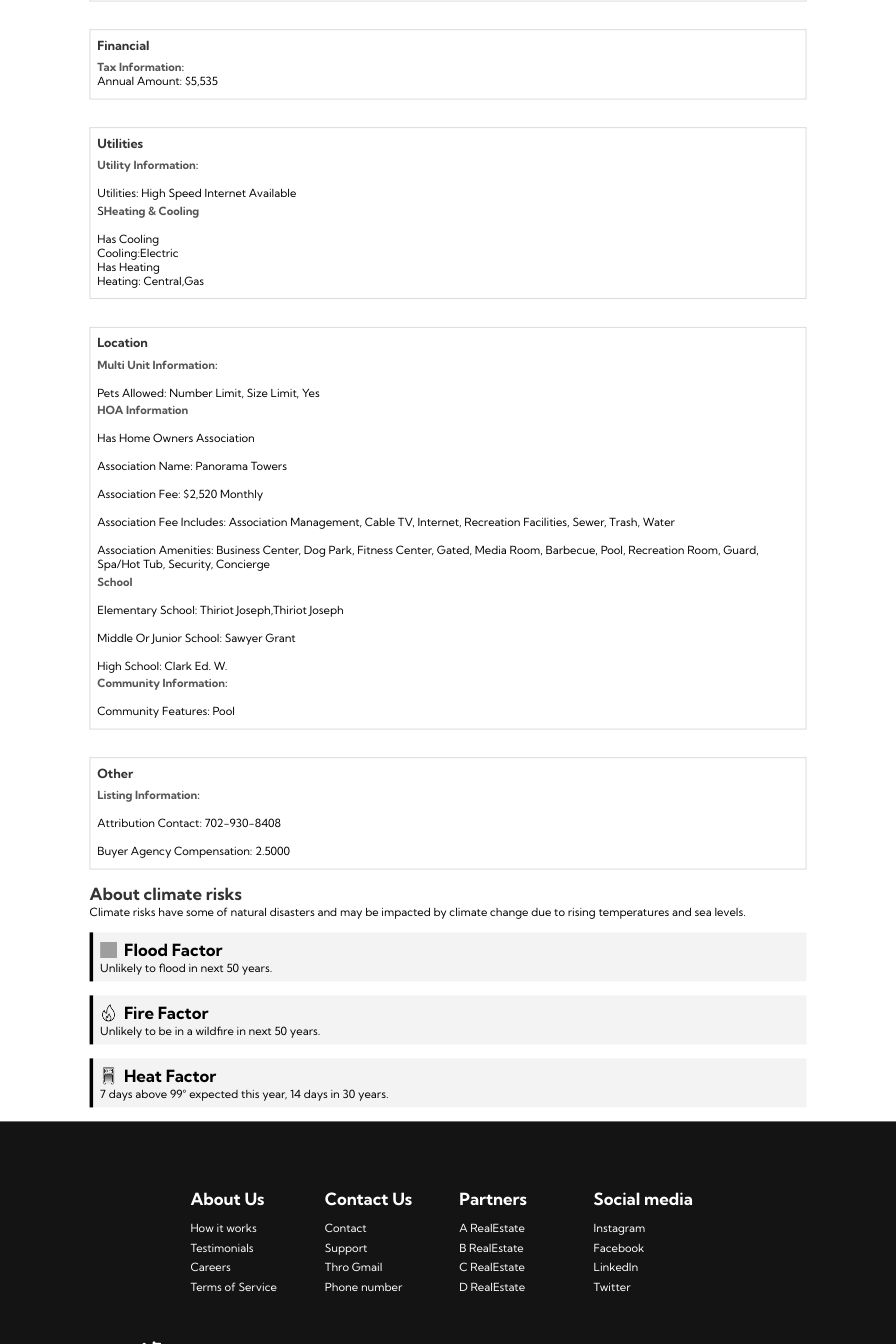
Repository: MrAllin1/ProgWWW_23_Gr1
Page: pages/Apartment5.html
The author's editor kept a copy of each file at every save. The page is drawn from the files as they stood at one save, then again after the next save.
The browser window is 1280 px wide. The pictures show the part of the page from y = 2640 to 4560 px (the page is 4672 px tall before and 4392 px after), at 70% of full size.
Pictures or frames that could not be fetched are drawn as grey boxes. A picture or video elsewhere on the page could not be fetched, so the positions and the page height are approximate. Some web libraries are served in a nearby version.

Above is the page before, as saved 2024-01-11 06:41:04.

### pages/Apartment5.html
<!DOCTYPE html>
<html lang="en">
<head>
    <meta charset="UTF-8">
    <meta name="viewport" content="width=device-width, initial-scale=1.0">
    <link rel="stylesheet" type="text/css" href="../pages/stylesForHouse.css">
    <script src="https://kit.fontawesome.com/186711ed6a.js" crossorigin="anonymous"></script>
    <link rel="preconnect" href="https://fonts.googleapis.com">
    <link rel="preconnect" href="https://fonts.gstatic.com" crossorigin>
    <link href="https://fonts.googleapis.com/css2?family=Kumbh+Sans:wght@400;700&display=swap" rel="stylesheet">
    <link rel="stylesheet" href="https://cdnjs.cloudflare.com/ajax/libs/font-awesome/5.15.1/css/all.min.css">
    <title>Apartment on Las Vegas</title>
</head>
<body>
    <nav class="navbar">
        <div class="navbar_container">
            <a href="/" id="navbar_logo"> <i class="fas fa-house-flag"></i>AFA</a>
            <div class="navbar_toggle" id="mobile-menu">
                <span class="bar"></span>
                <span class="bar"></span>
                <span class="bar"></span>
            </div>
            <ul class="navbar_menu">
                <li class="navbar_item">
                    <a href="#home" class="navbar_link">Home</a>
                </li>
                <li class="navbar_item">
                    <a href="#services" class="navbar_link">Services</a>
                </li>
                <li class="navbar_item">
                    <a href="/pages/BuyRent.html" class="navbar_link">Buy/Rent</a>
                </li>
                <li class="navbar_item">
                    <a href="/pages/sell.html" class="navbar_link">Sell</a>
                </li>
                <li class="navbar_btn">
                    <a href="/pages/signUp.html" class="button">Sign Up</a>
                </li>
            </ul>
        </div>
    </nav>
    <div class="gallery-container">
        <h1>Welcome to the Las Vegas, NV 89103 Apartment</h1> </br>
        <a href="https://maps.google.com/maps?q=4575%20Dean%20Martin%20Dr%20%231703,%20Las%20Vegas,%20NV%2089103&output=embed" target="_blank" class="services_link1">4575 Dean Martin Dr #1703, Las Vegas, NV 89103</a>
        <p>$2,197,000</p>
        <span>309 square meters</span>
        <div class="gallery">
            <img src="/images/Apartment_5/item_1.jpg" alt="Image 1" />
            <img src="/images/Apartment_5/item_2.jpg" alt="Image 2" />
            <img src="/images/Apartment_5/item_3.jpg" alt="Image 3" />
            <img src="/images/Apartment_5/item_4.jpg" alt="Image 4" />
            <img src="/images/Apartment_5/item_5.jpg" alt="Image 5" />
            <img src="/images/Apartment_5/item_6.jpg" alt="Image 6" />
            <img src="/images/Apartment_5/item_7.jpg" alt="Image 7" />
            <img src="/images/Apartment_5/item_8.jpg" alt="Image 8" />
            <img src="/images/Apartment_5/item_9.jpg" alt="Image 9" />
            <img src="/images/Apartment_5/item_10.jpg" alt="Image 10" />
            <img src="/images/Apartment_5/item_11.jpg" alt="Image 11" />
            <img src="/images/Apartment_5/item_12.jpg" alt="Image 12" />
            <img src="/images/Apartment_5/item_13.jpg" alt="Image 13" />
            <img src="/images/Apartment_5/item_14.jpg" alt="Image 14" />
            <img src="/images/Apartment_5/item_15.jpg" alt="Image 15" />
            <img src="/images/Apartment_5/item_16.jpg" alt="Image 16" />
            <img src="/images/Apartment_5/item_17.jpg" alt="Image 17" />
            <img src="/images/Apartment_5/item_18.jpg" alt="Image 18" />
            <img src="/images/Apartment_5/item_19.jpg" alt="Image 19" />
            <img src="/images/Apartment_5/item_20.jpg" alt="Image 20" />
            <img src="/images/Apartment_5/item_21.jpg" alt="Image 21" />
            <img src="/images/Apartment_5/item_22.jpg" alt="Image 22" />
            <img src="/images/Apartment_5/item_23.jpg" alt="Image 23" />
            <img src="/images/Apartment_5/item_24.jpg" alt="Image 24" />
            <img src="/images/Apartment_5/item_25.jpg" alt="Image 25" />
            <img src="/images/Apartment_5/item_26.jpg" alt="Image 26" />
            <img src="/images/Apartment_5/item_27.jpg" alt="Image 27" />
            <img src="/images/Apartment_5/item_28.jpg" alt="Image 28" />
            <img src="/images/Apartment_5/item_29.jpg" alt="Image 29" />
            <img src="/images/Apartment_5/item_30.jpg" alt="Image 30" />
            <img src="/images/Apartment_5/item_31.jpg" alt="Image 31" />
            <img src="/images/Apartment_5/item_32.jpg" alt="Image 32" />
            <img src="/images/Apartment_5/item_33.jpg" alt="Image 33" />
            <img src="/images/Apartment_5/item_34.jpg" alt="Image 34" />
            <img src="/images/Apartment_5/item_35.jpg" alt="Image 35" />
            <img src="/images/Apartment_5/item_36.jpg" alt="Image 36" />
            <img src="/images/Apartment_5/item_37.jpg" alt="Image 37" />
            <img src="/images/Apartment_5/item_38.jpg" alt="Image 38" />
            <img src="/images/Apartment_5/item_39.jpg" alt="Image 39" />
            <img src="/images/Apartment_5/item_40.jpg" alt="Image 40" />
            <img src="/images/Apartment_5/item_41.jpg" alt="Image 41" />
            <img src="/images/Apartment_5/item_42.jpg" alt="Image 42" />
          </div>

          <button class="arrow-button left">&#8249;</button>
          <button class="arrow-button right">&#8250;</button>
          <p><strong> About this home</strong></br> The epitome of luxury, high-rise living - Fully furnished, wraparound penthouse w/ floor-to-ceiling windows offering unobstructed views of the famous Las Vegas Strip! From the moment you enter, this unit will take your breath away w/ its abundance of natural light & designer finishes. Sleek, espresso flooring compliments the custom furnishings & matte ceiling. Chef's dream kitchen w/ expansive counter space, Stainless Steel appliances (including stand-alone espresso & ice maker), breakfast bar, & W/ I pantry. Nearby bedroom enjoys gorgeous views & private entrance - ideal for guest quarters! Junior primary features dedicated hall w/ storage, en suite bath, & W/ I closet. Show-stopping primary bedroom has no shortage of views - whether laying in bed, working from the attached retreat, or enjoying a glass of wine on the terrace you'll appreciate the twinkling lights of the most exciting city on Earth! Unit includes TWO * Covered * Parking Spaces + ultra-high end Panorama amenities!</p>
    </div>
</br>
    <div class="property-features">
      <div class="feature">
        <i class="far fa-clock"></i> 1 days on AFA
      </div>
      <div class="feature">
        <i class="fas fa-warehouse"></i> Has garage
      </div>
      <div class="feature">
        <i class="fas fa-building"></i> Condo
      </div>
      <div class="feature">
        <i class="fas fa-fan"></i> Has A/C
      </div>
      <div class="feature">
        <i class="fas fa-hand-holding-usd"></i> $2,520 monthly HOA fee
      </div>
      <div class="feature">
        <i class="fas fa-tools"></i> Built in 2005
      </div>
      <div class="feature">
        <i class="fas fa-map-marker-alt"></i> Las Vegas
      </div>
      <div class="feature">
        <i class="fas fa-soap"></i>In-unit laundry (washer and dryer)
      </div>
      <div class="feature">
        <i class="fas fa-dollar-sign"></i> $660 for sq m
    </div>
      <div class="feature">
        <i class="fas fa-home"></i> Panorama Towers 2
      </div>
    </div>

    <div class="container">
        <h1>Property details for 4575 Dean Martin Dr #1703</h1>
            <div class="details">
                <div class="section">
                    <h2>Parking</h2>
                    <ul>
                        <li><strong>Parking:</strong></br> Assigned, Valet, Guest</br># of Parking (Total): 2</li>
                    </ul>
                </div>
            </div>

            <div class="details">
                <div class="section">
                    <h2>Interior</h2>
                    <ul>
                        <li><strong>Virtual Tour:</strong> <a href="https://www.propertypanorama.com/instaview/las/2551138" target="_blank" rel="noopener noreferrer">Virtual Tour Unbranded 1 (External Link)</a></li>
                        <li><strong>Bedroom Information</strong> </br># of Bedrooms Possible: 3 </br></li>
                        <li><strong>Room Information</strong> </br># of Rooms (Total): 7</li>
                        <li><strong>Room 1 Information</strong> </br>Bedroom 3, Dimensions: 15x11</br>Dimensions: 15x11</li>
                        <li><strong>Room 2 Information</strong> </br>Living Room</br>Dimensions: 27x39</li>
                        <li><strong>Room 3 Information</strong> </br>Dining Room</br>Description: Dining Area</br>Dimensions: 14x13</li>
                        <li><strong>Room 4 Information</strong> </br>Primary Bedroom</br>Description: Balcony,Walk-In Closet(s)</br>Dimensions: 17x16</li>
                        <li><strong>Room 5 Information</strong></br> Primary Bathroom</br>Description: Double Sink,Separate Shower,Separate Tub</li>
                        <li><strong>Room 6 Information</strong></br> Bedroom 2, </br>Description: Walk-In Closet(s),With Bath</br>Dimensions: 15x14</li>
                        <li><strong>Room 7 Information</strong></br> Kitchen</br>Description: Breakfast Bar/Counter,Island,Lighting Recessed,Quartz Countertops,Stainless Steel Appliances,Tile Flooring,Walk-in Pantry</br>Dimensions: 15x26</li>
                        <li><strong>Laundry Information</strong></br> Features: Electric Dryer Hookup, Laundry Closet, Laundry Room</li>
                        <li><strong>Equipment</strong></br> Appliances: Built-In Electric Oven, Dryer, Dishwasher, Disposal, Gas Range, Microwave, Refrigerator, Separate Ice Machine, Washer</li>
                        <li><strong>Interior Features</strong></br>Furnished</br> Other Features: Window Treatments, Programmable Thermostat</li>
                    </ul>
                </div>
            </div>
                <div class="details">
                <div class="section">
                    <h2>Exterior</h2>
                    <ul>
                        <li><strong>Building Information:</strong></br> Building Name: PANORAMA TOWERS</br>Year Built Details: RESALE</li>
                        <li><strong>Exterior Features</strong></br>Patio and Porch Features: Terrace</br> Security Features: 24 Hour Security</li>
                        <li><strong>Pool Information</strong></br> Pool Features:Community</li>
                        <li><strong>Property Information</strong></br> Has View</br>Entry Level: 17</br>Resale</li>

                    </ul>
                </div>
            </div>
            <div class="details">
                <div class="section">
                    <h2>Financial</h2>
                    <ul>
                        <li><strong>Tax Information:</strong> </br>Annual Amount: $5,535</li>
                    </ul>
                </div>
            </div>

            <div class="details">
                <div class="section">
                    <h2>Utilities</h2>
                    <ul>
                        <li><strong>Utility Information:</strong></br></br> Utilities: High Speed Internet Available</li>
                        <li>S<strong>Heating & Cooling</strong></br></br> Has Cooling</br>Cooling:Electric</br>Has Heating</br>Heating: Central,Gas</li>
                    </ul>
                </div>
            </div>


            <div class="details">
                <div class="section">
                    <h2>Location</h2>
                    <ul>
                        <li><strong>Multi Unit Information:</strong></br></br> Pets Allowed: Number Limit, Size Limit, Yes</li>
                        <li><strong>HOA Information</strong> </br></br>Has Home Owners Association </br></br>Association Name: Panorama Towers </br></br>Association Fee: $2,520 Monthly</br></br>Association Fee Includes: Association Management, Cable TV, Internet, Recreation Facilities, Sewer, Trash, Water</br></br>Association Amenities: Business Center, Dog Park, Fitness Center, Gated, Media Room, Barbecue, Pool, Recreation Room, Guard, Spa/Hot Tub, Security, Concierge</li>
                        <li><strong>School</strong></br> </br> Elementary School: Thiriot Joseph,Thiriot Joseph</br></br>Middle Or Junior School: Sawyer Grant</br></br>High School: Clark Ed. W.</li>
                        <li><strong>Community Information:</strong></br></br>Community Features: Pool</li>
                    </ul>
                </div>
            </div>


            <div class="details">
                <div class="section">
                    <h2>Other</h2>
                    <ul>
                        <li><strong>Listing Information:</strong></br></br> Attribution Contact: 702-930-8408</br></br>Buyer Agency Compensation: 2.5000</li>
                    </ul>
                </div>
            </div>
        </div>
    </div>



      <div class="container">
        <h1>About climate risks</h1>
        <p>Climate risks have some of natural disasters and may be impacted by climate change due to rising temperatures and sea levels.</p>

        <div class="risk-factor" id="floodRisk">
            <h2>Flood Factor</h2>
            <p>Unlikely to flood in next 50 years.</p>
        </div>

        <div class="risk-factor" id="fireRisk">
            <h2>Fire Factor</h2>
            <p>Unlikely to be in a wildfire in next 50 years.</p>
        </div>

        <div class="risk-factor" id="heatRisk">
            <h2>Heat Factor</h2>
            <p>7 days above 99° expected this year, 14 days in 30 years.</p>
        </div>
    </div>
    <div class="footer_container">
        <div class="footer_links">
            <div class="footer_link-wrapper">
                <div class="footer_link-items">
                    <h2>About Us</h2>
                    <a href="/">How it works</a>
                    <a href="/">Testimonials</a>
                    <a href="/">Careers</a>
                    <a href="/">Terms of Service</a>
                </div>
                <div class="footer_link-items">
                    <h2>Contact Us</h2>
                    <a href="/">Contact</a>
                    <a href="/">Support</a>
                    <a href="/">Thro Gmail</a>
                    <a href="/">Phone number</a>
                </div>
            </div>
            <div class="footer_link-wrapper">
                <div class="footer_link-items">
                    <h2>Partners</h2>
                    <a href="/">A RealEstate</a>
                    <a href="/">B RealEstate</a>
                    <a href="/">C RealEstate</a>
                    <a href="/">D RealEstate</a>
                </div>
                <div class="footer_link-items">
                    <h2>Social media</h2>
                    <a href="https://www.instagram.com" target="_blank">Instagram</a>
                    <a href="https://www.facebook.com" target="_blank">Facebook</a>
                    <a href="https://www.linkedin.com" target="_blank">LinkedIn</a>
                    <a href="https://www.twitter.com" target="_blank">Twitter</a>
                </div>
            </div>
        </div>
        <div class="social_media">
            <div class="social_media-wrap">
                <div class="footer_logo">
                    <a href="/" id="footer_logo"> <i class="fas fa-house-flag"></i>AFA</a>
                </div>
                <p class="website_rights">AFA © 2023.All rights reserved</p>
                <div class="social_icons">
                    <a href="/" class="social_icon_link" target="_blank"><i class="fab fa-facebook"></i></a>
                    <a href="https://www.instagram.com" class="social_icon_link" target="_blank"><i class="fab fa-instagram"></i></a>
                    <a href="https://www.facebook.com" class="social_icon_link" target="_blank"><i class="fab fa-youtube"></i></a>
                    <a href="https://www.twitter.com" class="social_icon_link" target="_blank"><i class="fab fa-twitter"></i></a>
                    <a href="https://www.linkedin.com" class="social_icon_link" target="_blank"><i class="fab fa-linkedin"></i></a>
                </div>
            </div>
        </div>
    </div>

    <script src="../app.js"></script>

</body>
</html>

Loaded but not shown: app.js (155 lines, source omitted); pages/stylesForHouse.css (784 lines, source omitted)

After the next save:
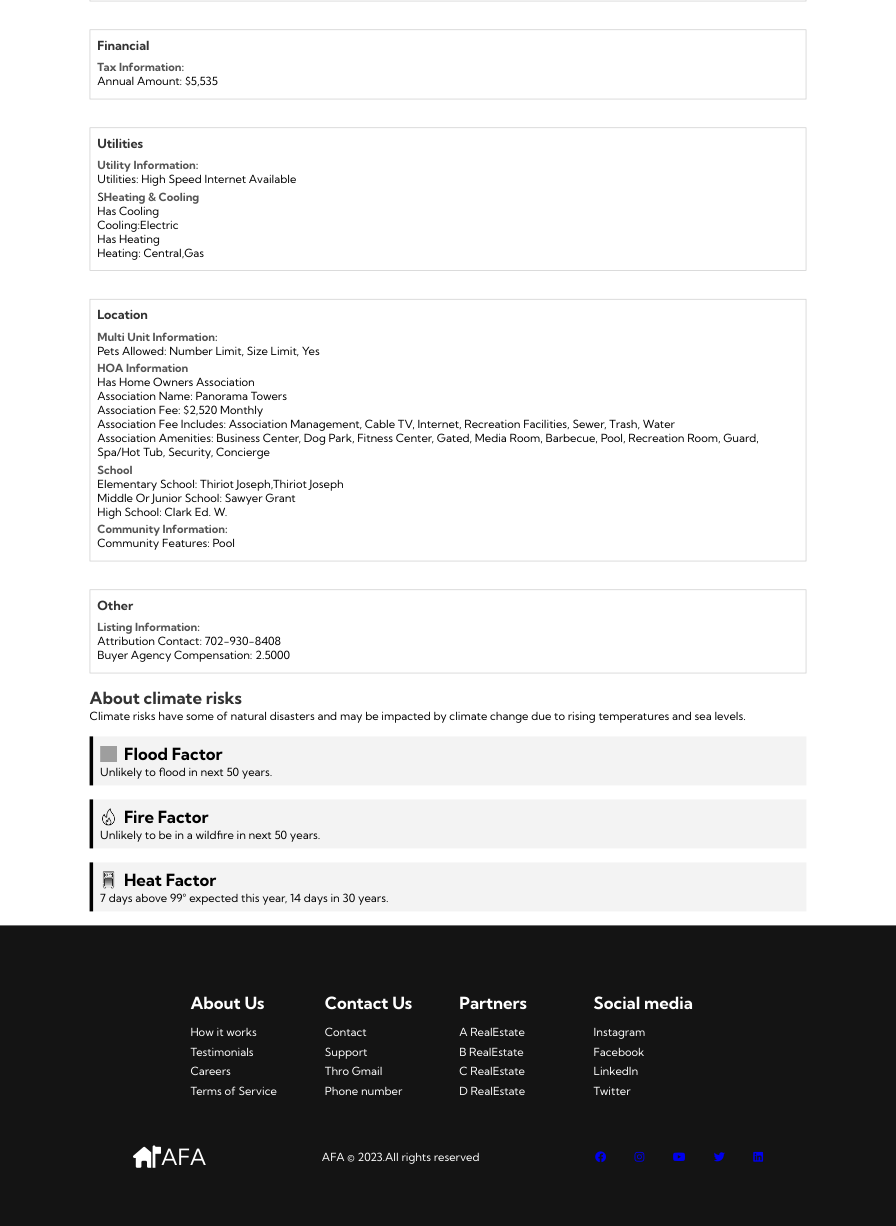
Saved 27 s later.
--- a/pages/Apartment5.html
+++ b/pages/Apartment5.html
@@ -183,8 +183,8 @@
                 <div class="section">
                     <h2>Utilities</h2>
                     <ul>
-                        <li><strong>Utility Information:</strong></br></br> Utilities: High Speed Internet Available</li>
-                        <li>S<strong>Heating & Cooling</strong></br></br> Has Cooling</br>Cooling:Electric</br>Has Heating</br>Heating: Central,Gas</li>
+                        <li><strong>Utility Information:</strong></br> Utilities: High Speed Internet Available</li>
+                        <li>S<strong>Heating & Cooling</strong></br> Has Cooling</br>Cooling:Electric</br>Has Heating</br>Heating: Central,Gas</li>
                     </ul>
                 </div>
             </div>
@@ -194,10 +194,10 @@
                 <div class="section">
                     <h2>Location</h2>
                     <ul>
-                        <li><strong>Multi Unit Information:</strong></br></br> Pets Allowed: Number Limit, Size Limit, Yes</li>
-                        <li><strong>HOA Information</strong> </br></br>Has Home Owners Association </br></br>Association Name: Panorama Towers </br></br>Association Fee: $2,520 Monthly</br></br>Association Fee Includes: Association Management, Cable TV, Internet, Recreation Facilities, Sewer, Trash, Water</br></br>Association Amenities: Business Center, Dog Park, Fitness Center, Gated, Media Room, Barbecue, Pool, Recreation Room, Guard, Spa/Hot Tub, Security, Concierge</li>
-                        <li><strong>School</strong></br> </br> Elementary School: Thiriot Joseph,Thiriot Joseph</br></br>Middle Or Junior School: Sawyer Grant</br></br>High School: Clark Ed. W.</li>
-                        <li><strong>Community Information:</strong></br></br>Community Features: Pool</li>
+                        <li><strong>Multi Unit Information:</strong></br> Pets Allowed: Number Limit, Size Limit, Yes</li>
+                        <li><strong>HOA Information</strong> </br>Has Home Owners Association </br>Association Name: Panorama Towers </br>Association Fee: $2,520 Monthly</br>Association Fee Includes: Association Management, Cable TV, Internet, Recreation Facilities, Sewer, Trash, Water</br>Association Amenities: Business Center, Dog Park, Fitness Center, Gated, Media Room, Barbecue, Pool, Recreation Room, Guard, Spa/Hot Tub, Security, Concierge</li>
+                        <li><strong>School</strong></br>  Elementary School: Thiriot Joseph,Thiriot Joseph</br>Middle Or Junior School: Sawyer Grant</br>High School: Clark Ed. W.</li>
+                        <li><strong>Community Information:</strong></br>Community Features: Pool</li>
                     </ul>
                 </div>
             </div>
@@ -207,7 +207,7 @@
                 <div class="section">
                     <h2>Other</h2>
                     <ul>
-                        <li><strong>Listing Information:</strong></br></br> Attribution Contact: 702-930-8408</br></br>Buyer Agency Compensation: 2.5000</li>
+                        <li><strong>Listing Information:</strong></br> Attribution Contact: 702-930-8408</br>Buyer Agency Compensation: 2.5000</li>
                     </ul>
                 </div>
             </div>
